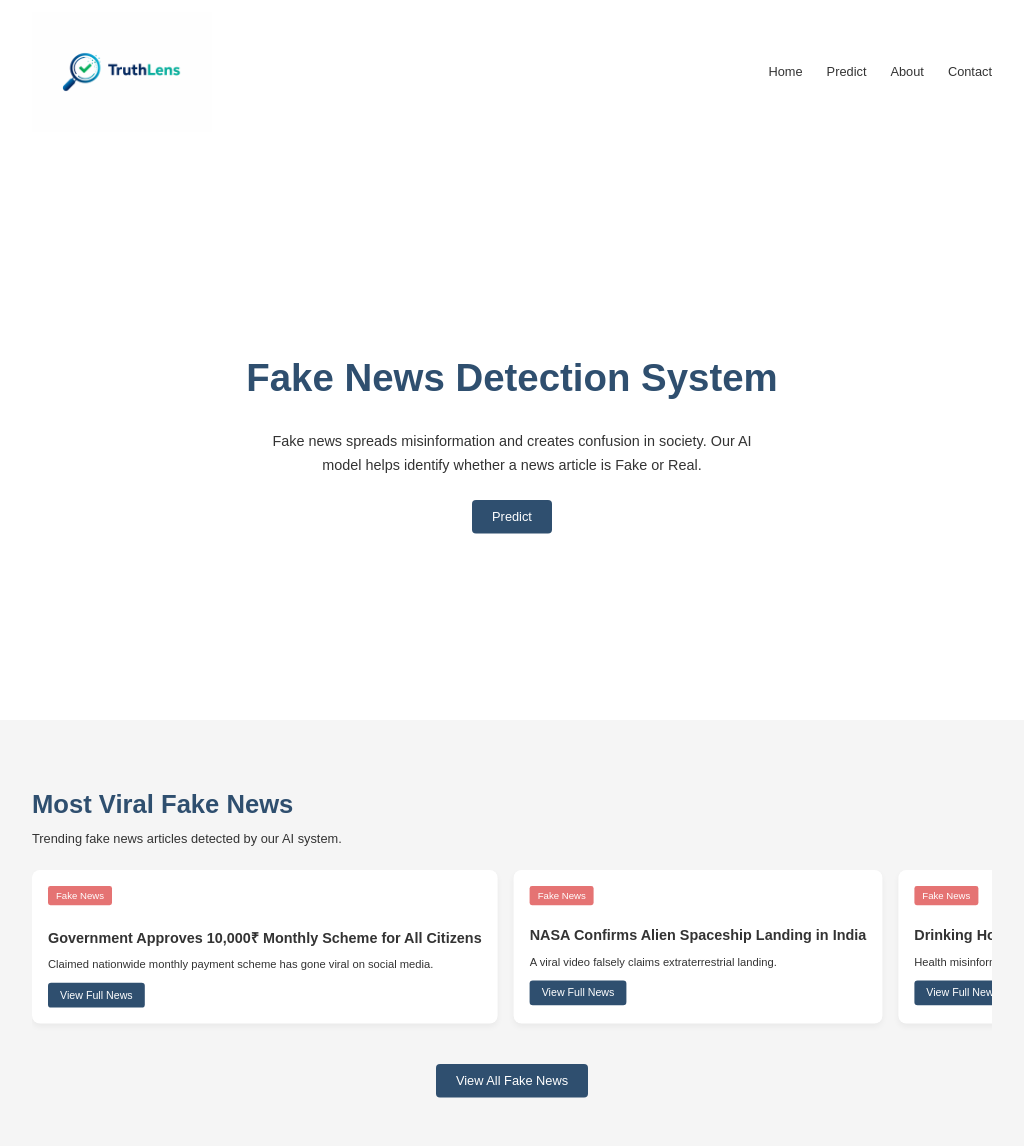
Repository: asadpathan2002-bot/Sprint1
Page: frontend/home.html
An editor plug-in stored every save of this project. The page is shown before and after the next save, followed by the edit.
The browser window is 1280 px wide. The pictures show the whole page, at 80% of full size.

Above is the page before, as saved 2026-02-23 10:48:50.

After the next save:
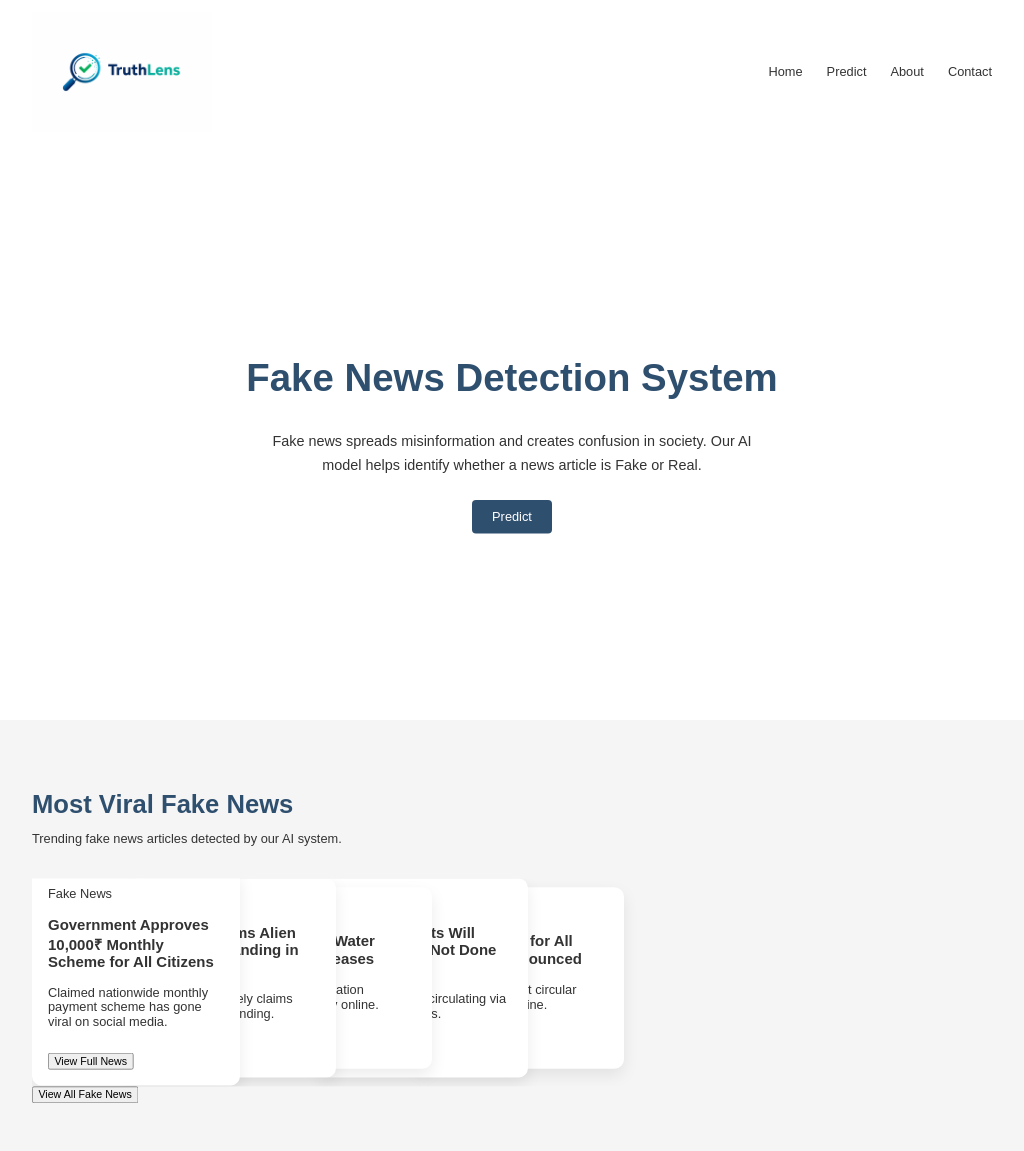
Saved 5 min 6 s later.
--- a/frontend/home.html
+++ b/frontend/home.html
@@ -155,59 +155,57 @@ body {
 .card-container::-webkit-scrollbar {
     display: none;
 }
-
-/* Card */
+/* Card Container */
+.card-container {
+    position: relative;
+    display: flex;
+    align-items: center;
+    margin-top: 40px;
+    height: 260px;
+}
+
+/* Individual Cards */
 .card {
-    min-width: 300px;
-    background: #FFFFFF;
-    border-radius: 10px;
+    position: absolute;
+    width: 260px;
     padding: 20px;
-    box-shadow: 0 4px 8px rgba(0,0,0,0.05);
-    flex-shrink: 0;
-}
-
-.tag {
-    background-color: #E57373;
-    color: white;
-    padding: 5px 10px;
-    border-radius: 3px;
-    font-size: 12px;
-    display: inline-block;
-    margin-bottom: 10px;
-}
-
-.card h3 {
-    font-size: 18px;
-    margin-bottom: 10px;
-}
-
-.card p {
-    font-size: 14px;
-    margin-bottom: 15px;
-}
-
-.card button {
-    background-color: #2F4F6F;
-    color: white;
-    border: none;
-    padding: 8px 15px;
-    border-radius: 4px;
+    background-color: #ffffff;
+    border-radius: 12px;
+    box-shadow: 0 8px 20px rgba(0,0,0,0.08);
+    transition: 0.3s ease;
     cursor: pointer;
 }
 
-.view-all {
-    margin-top: 40px;
-    text-align: center;
-}
-
-.view-all button {
-    padding: 12px 25px;
-    font-size: 16px;
-    border: none;
-    background-color: #2F4F6F;
-    color: white;
-    border-radius: 5px;
-    cursor: pointer;
+/* Overlapping Positions */
+.card:nth-child(1) {
+    left: 0;
+    z-index: 5;
+}
+
+.card:nth-child(2) {
+    left: 120px;
+    z-index: 4;
+}
+
+.card:nth-child(3) {
+    left: 240px;
+    z-index: 3;
+}
+
+.card:nth-child(4) {
+    left: 360px;
+    z-index: 2;
+}
+
+.card:nth-child(5) {
+    left: 480px;
+    z-index: 1;
+}
+
+/* Hover Effect (brings card forward) */
+.card:hover {
+    transform: translateY(-10px) scale(1.05);
+    z-index: 10;
 }
 
 /* ===================== */
